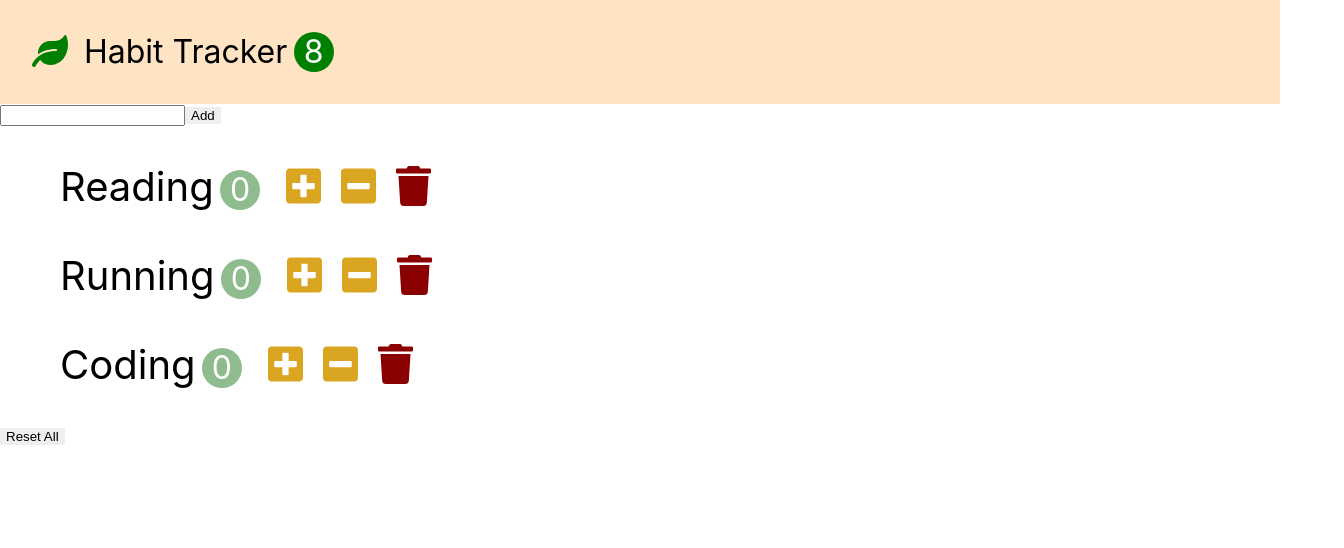
Repository: keehoonjung/react-habit-tracker
Page: / (app in react/habit-tracker/)
The author's editor kept a copy of each file at every save. The page is drawn from the files as they stood at one save, then again after the next save.
The browser window is 1280 px wide. The page is 1280 px wide, then 1344 px, so the pictures cover 1344 px, including what lies to the right of the window. The pictures show the whole page.
The project was rebuilt for these pictures with package versions that can differ from the ones it lists, and the page was loaded fresh each time.

Above is the page before, as saved 2021-08-30 18:32:29.

### react/habit-tracker/public/index.html
<!DOCTYPE html>
<html lang="en">
  <head>
    <meta charset="utf-8" />
    <link rel="icon" href="%PUBLIC_URL%/favicon.ico" />
    <meta name="viewport" content="width=device-width, initial-scale=1" />
    <meta name="theme-color" content="#000000" />
    <meta
      name="description"
      content="Web site created using create-react-app"
    />
    <link rel="apple-touch-icon" href="%PUBLIC_URL%/logo192.png" />
    <title>App</title>
  </head>
  <body>
    <noscript>You need to enable JavaScript to run this app.</noscript>
    <div id="root"></div>
  </body>
</html>

### react/habit-tracker/src/app.jsx
import React, { Component } from "react";
import "./app.css";
import Habits from "./components/habits";

class App extends Component {
  state = {
    count: 0,
  };
  render() {
    return (
      <>
        <nav className="header">
          <i className="fas fa-leaf"></i>
          <span className="header-title">Habit Tracker</span>
          <span className="header-count">8</span>
        </nav>
        <div className="input-container">
          <input type="text" className="input" />
          <button className="habit-input">Add</button>
        </div>
        <Habits />
        <button className="reset-button">Reset All</button>
      </>
    );
  }
}

export default App;

### react/habit-tracker/src/app.css
button {
  outline: none;
  border: 0;
  cursor: pointer;
}

.header {
  background-color: bisque;
  font-size: 2rem;
  padding: 2rem 2rem;
}

.fa-leaf {
  color: green;
  margin-right: 1rem;
}

.header-count {
  display: inline-block;
  text-align: center;
  width: 2.5rem;
  height: 2.5rem;
  line-height: 2.5rem;
  font-size: 2rem;
  margin-left: 0.2em;
  margin-right: 0.5em;
  background-color: green;
  color: white;
  border-radius: 50%;
}

.input-container {
  width: 100%;
}

.habit {
  font-size: 2.5rem;
  padding: 0.5em;
  list-style: none;
}

.habit-count {
  display: inline-block;
  text-align: center;
  width: 2.5rem;
  height: 2.5rem;
  line-height: 2.5rem;
  font-size: 2rem;
  margin-left: 0.2em;
  margin-right: 0.5em;
  background-color: darkseagreen;
  color: white;
  border-radius: 50%;
}

.habit-button {
  font-size: 2.5rem;
  margin: 0 0.1em;
  background-color: transparent;
}

.habit-button:hover {
  opacity: 0.8;
}

.habit-increase,
.habit-decrease {
  color: goldenrod;
}

.habit-delete {
  color: darkred;
}

### react/habit-tracker/src/components/habits.jsx
import React, { Component } from "react";
import Habit from "./habit";

class Habits extends Component {
  state = {
    habits: [
      { id: 1, name: "Reading", count: 0 },
      { id: 2, name: "Running", count: 0 },
      { id: 3, name: "Coding", count: 0 },
    ],
  };

  handleIncrement = (habit) => {
    const habits = [...this.state.habits];
    const index = habits.indexOf(habit);
    habits[index].count++;
    this.setState({ habits });
  };
  handledecrement = (habit) => {
    const habits = [...this.state.habits];
    const index = habits.indexOf(habit);
    const count = habits[index].count - 1;
    habits[index].count = count < 0 ? 0 : count;
    this.setState({ habits });
  };
  handleDelete = (habit) => {
    const habits = this.state.habits.filter((item) => item.id !== habit.id);
    this.setState({ habits });
  };
  render() {
    return (
      <ul>
        {this.state.habits.map((habit) => (
          <Habit
            key={habit.id}
            habit={habit}
            OnhandleIncrement={this.handleIncrement}
            Onhandledecrement={this.handledecrement}
            OnhandleDelete={this.handleDelete}
          />
        ))}
      </ul>
    );
  }
}

export default Habits;

### react/habit-tracker/src/components/habit.jsx
import React, { Component } from "react";

class Habit extends Component {
  handleIncrement = () => {
    // this.setState({ count: this.state.count + 1 });
    this.props.OnhandleIncrement(this.props.habit);
  };

  handledecrement = () => {
    this.props.Onhandledecrement(this.props.habit);
  };
  handleDelete = () => {
    this.props.OnhandleDelete(this.props.habit);
  };
  render() {
    const { name, count } = this.props.habit;
    return (
      <li className="habit">
        <span className="habit-name">{name}</span>
        <span className="habit-count">{count}</span>
        <button
          className="habit-button habit-increase"
          onClick={this.handleIncrement}
        >
          <i className="fas fa-plus-square"></i>
        </button>
        <button
          className="habit-button habit-decrease"
          onClick={this.handledecrement}
        >
          <i className="fas fa-minus-square"></i>
        </button>
        <button
          className="habit-button habit-delete"
          onClick={this.handleDelete}
        >
          <i className="fas fa-trash"></i>
        </button>
      </li>
    );
  }
}

export default Habit;

Loaded but not shown: react/habit-tracker/src/index.js (common file); react/habit-tracker/src/index.css (common file)

After the next save:
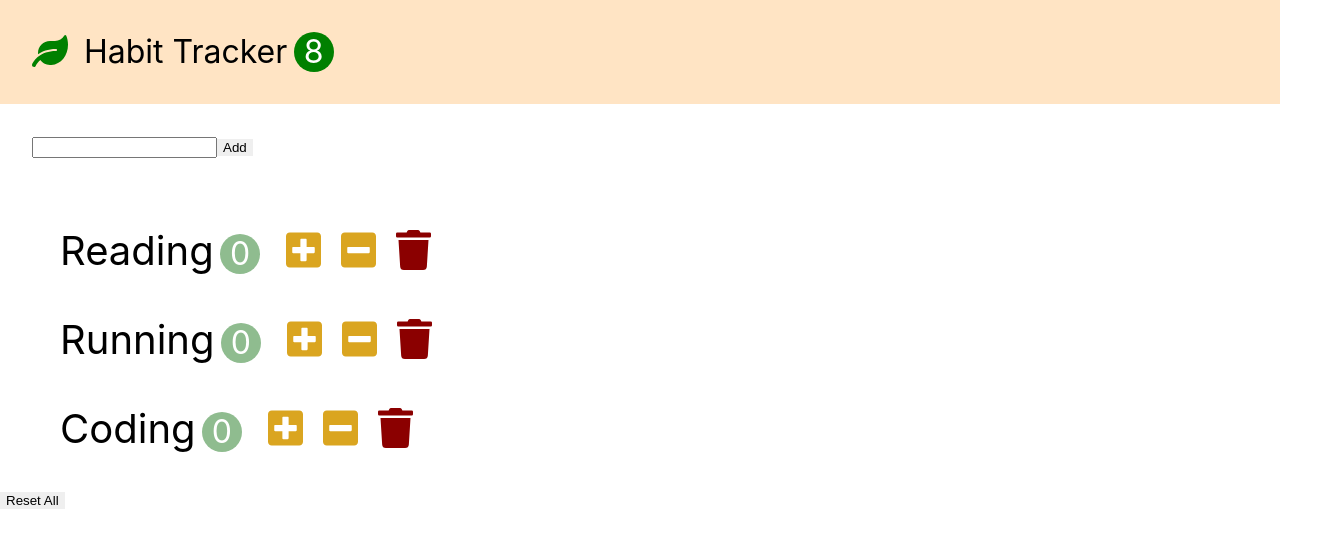
Saved 20 s later.
--- a/react/habit-tracker/src/app.css
+++ b/react/habit-tracker/src/app.css
@@ -31,6 +31,7 @@ button {
 
 .input-container {
   width: 100%;
+  padding: 2rem 2rem;
 }
 
 .habit {
